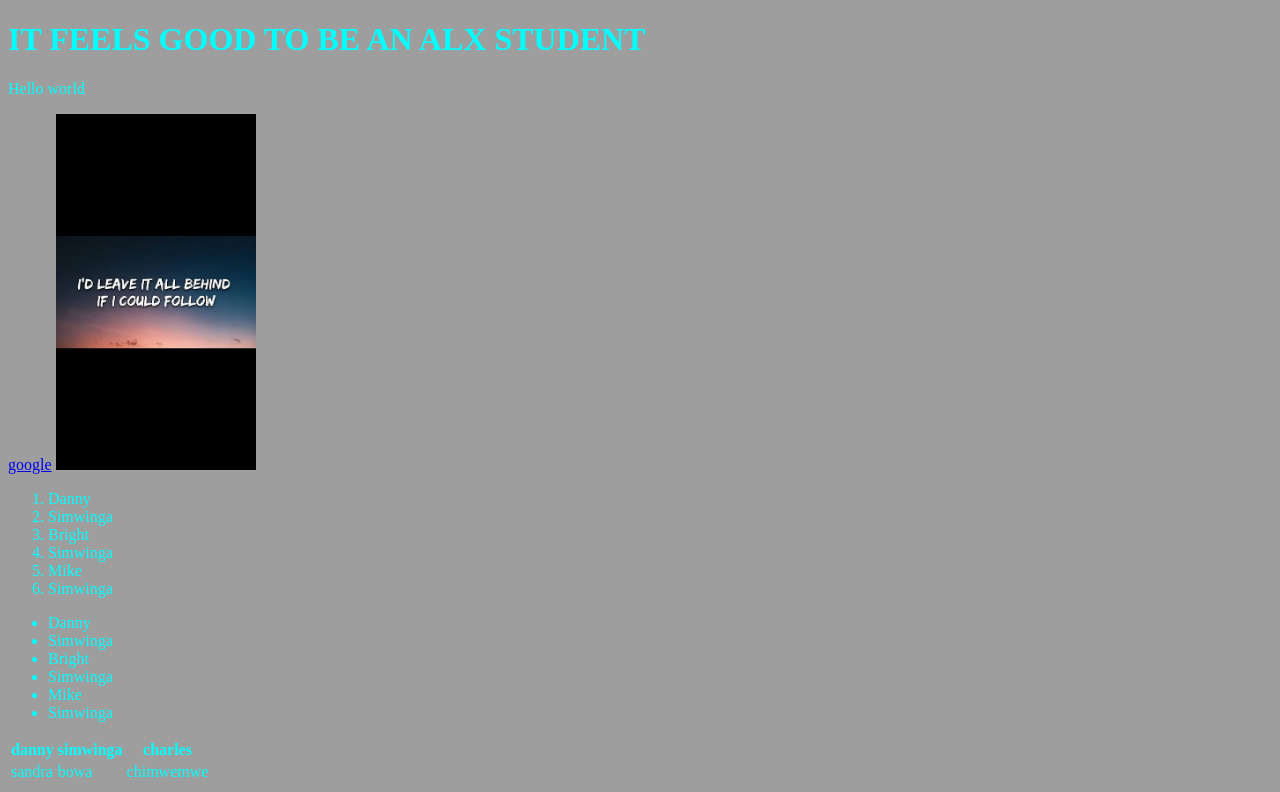
Repository: dannysimw/alx_tools_intro
Page: html/index.html
These files come from the project's save history. The page is drawn as it stood at one moment and after the next save; the edit follows.
The browser window is 1280 px wide. The pictures show the whole page.

Above is the page before, as saved 2023-07-01 23:30:23.

### html/index.html
<!DOCTYPE html>
<html lang="en">
<head>
    <meta charset="UTF-8">
    <meta name="viewport" content="width=device-width, initial-scale=1.0">
    <title>INTRO TO HTML</title>
</head>
<body style="color: aqua; background-color: rgba(0, 0, 0, 0.381);">
    <h1>IT FEELS GOOD TO BE AN ALX STUDENT</h1>
    <p>Hello world</p>
    <a href="https://google.com" target="_blank">google</a>
    <img src="/html/image.jpg" alt="image" width="200px">
    <ol>
        <li>Danny</li>
        <li>Simwinga</li>
        <li>Bright</li>
        <li>Simwinga</li>
        <li>Mike</li>
        <li>Simwinga</li>
    </ol>
    <ul>
        <li>Danny</li>
        <li>Simwinga</li>
        <li>Bright</li>
        <li>Simwinga</li>
        <li>Mike</li>
        <li>Simwinga</li>
    </ul>

    <table>
        <tr>
            <th>danny</th>
            <th>simwinga</th>
            <th>charles</th>
        </tr>
        <tr>
            <td>sandra</td>
            <td>bowa</td>
            <td>chimwemwe</td>
        </tr>
    </table>
</body>
</html>

After the next save:
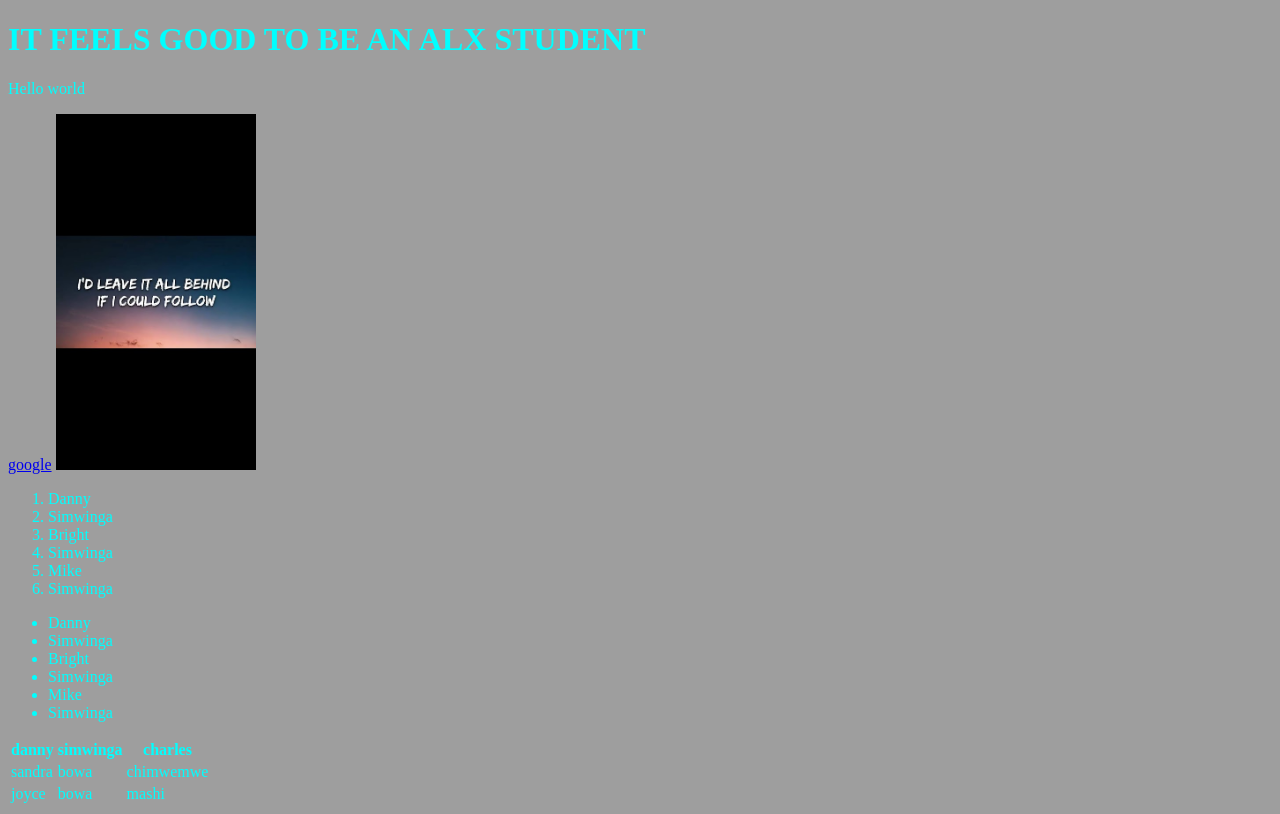
Saved 75 s later.
--- a/html/index.html
+++ b/html/index.html
@@ -38,6 +38,11 @@
             <td>bowa</td>
             <td>chimwemwe</td>
         </tr>
+        <tr>
+            <td>joyce</td>
+            <td>bowa</td>
+            <td>mashi</td>
+        </tr>
     </table>
 </body>
 </html>
